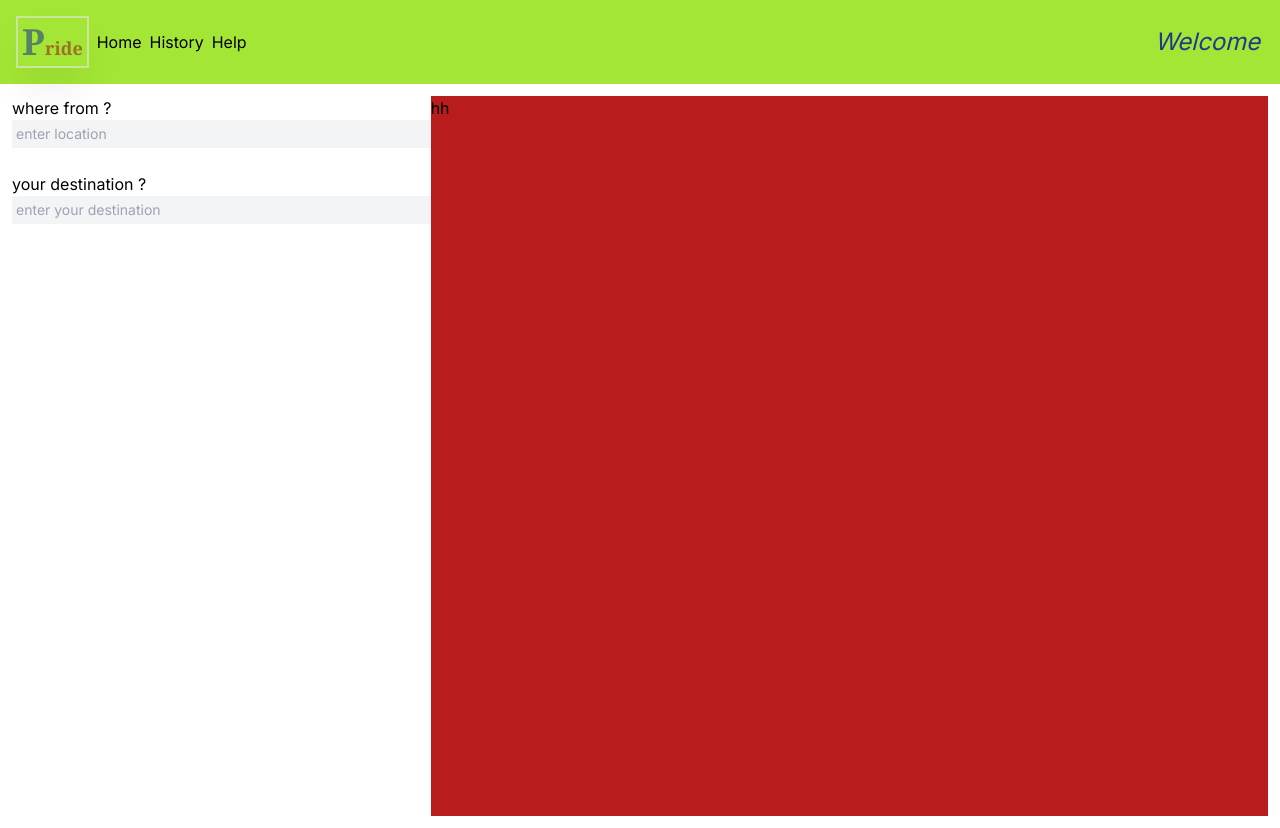
Repository: Semanmernstack/uber-mapbox
Page: /
An editor plug-in stored every save of this project. The page is shown before and after the next save, followed by the edit.
The browser window is 1280 px wide. The pictures show the whole page.
Pictures or frames that could not be fetched are drawn as grey boxes. The page's requests for data from a server got no answer. The project was rebuilt for these pictures with package versions that can differ from the ones it lists, and the page was loaded fresh each time. Some packages were replaced by stand-ins written for this rebuild. The framework's server and built-in components were replaced by stand-ins that run in the browser. No one was signed in, and anything a server would have sent is missing. Also part of the build but not shown: next.config.js.

Above is the page before, as saved 2023-08-16 07:05:12.

### app/layout.tsx
import './globals.css'
import type { Metadata } from 'next'
import { Inter } from 'next/font/google'
import Nav from './components/Nav'
import { ClerkProvider } from '@clerk/nextjs'

const inter = Inter({ subsets: ['latin'] })

export const metadata: Metadata = {
  title: 'Create Next App',
  description: 'Generated by create next app',
}

export default function RootLayout({
  children,
}: {
  children: React.ReactNode
}) {
  return (
    <ClerkProvider>
      <html lang="en">
        <body className={inter.className}> <Nav/>  {children}</body>
      </html>
    </ClerkProvider>
  )
}

### app/page.tsx
import Image from 'next/image'
import Booking from './components/Booking'
import Mapp from './components/Mapp'

export default function Home() {
  return (
    <main className="p-3 gap  ">
      <div className="grid grid-cols-1 md:grid-cols-3   ">
        <div className=" h-[80%]">
          <Booking/>

        </div>
        <div className=" bg-red-700 col-span-2 h-screen">
          <Mapp/>
        </div>
      </div>
    </main>
  )
}

### app/components/Nav.tsx
import { UserButton, currentUser } from '@clerk/nextjs'
import React from 'react'

async function Nav() {
    const user = await currentUser()
  return (
    <div className="flex items-center justify-between p-4 bg-lime-400">
        <div className="flex items-center gap-2">

            <h1 className="font-extrabold shadow-2xl border-gray-200 border-2 p-1 font-serif text-2xl md:text-3xl lg:text-4xl animate-pulse text-blue-900">P<span className="text-lg animate-none font-bold text-red-800">ride</span></h1>
            <h2>Home</h2>
            <h2>History</h2>
            <h2>Help</h2>

        </div>
        <div className="flex gap-1 items-center">
            <h1 className="text-2xl text-blue-900 italic">Welcome</h1>
            <h1 className='hidden md:inline-flex'>{user?.firstName}</h1>
            <UserButton/>
        </div>
    </div>
  )
}

export default Nav

### app/components/Booking.tsx
import React from 'react'
import BookingInput from './BookingInput'

function Booking() {
  return (
    <div className="">
        <BookingInput/>

    </div>
  )
}

export default Booking

### app/components/Mapp.tsx
"use client"


import React from 'react'
import Map from 'react-map-gl';
function Mapp() {
  return (
    <div>
      <h1>hh</h1>



    </div>
  )
}

export default Mapp

### app/components/BookingInput.tsx
"use client"

import React, { useEffect, useState } from 'react'

function BookingInput() {
    const [where, setWhere] = useState<any>()
    const [to, setTo] = useState<any>()
    const [lists, setLists] = useState<any>([])

    useEffect(() => {
        getAdress()

    }, [where, to])

    const getAdress = async () => {
        setLists([])
        const res = await fetch('api/search-map?q='+where, {
            headers:{
                "Content-Type": "application/json",
            }

        })
        const re = await res.json()
        setLists(re)

    }
  return (
    <div className="flex flex-col gap-6 relative">
        <div>
            <label> where from ?</label>
            <input type="text" placeholder='enter location'
                value={where}
                onChange={(e) => setWhere(e.target.value)}
                className="border-1 w-full text-sm outline-none bg-gray-100 focus:border-gray-700 p-1"
            />
            {lists?.suggestions?
                <div >
                    {lists?.suggestions.map((item:any, index:number) => (
                        <h2 className='text-sm cursor-pointer gap-1 shadow-2xl' onClick={() =>{ setWhere(item.full_address), setLists([])}}
                         >{item.full_address}</h2>
                    ))}
                </div> : null

            }


        </div>

        <div>
            <label> your destination ?</label>

            <input type="text" placeholder='enter your destination'
                value={to}
                onChange={(e) => setTo(e.target.value)}
                className="border-1 w-full text-sm outline-none bg-gray-100 focus:border-gray-700 p-1"
            />
            {lists?.suggestions?
                <div >
                    {lists?.suggestions.map((item:any, index:number) => (
                        <h2 className='text-sm cursor-pointer shadow-2xl' onClick={() =>{ setTo(item.full_address), setLists([])}}
                         >{item.full_address}</h2>
                    ))}
                </div> : null

            }

        </div>
    </div>
  )
}

export default BookingInput

### app/components/Cars.tsx
import React from 'react'
import CarsLi from './CarsLi'
import Image from 'next/image'

function Cars() {
    const data = [
        {
          id: 1,

          value: "regular",
          pics: "https://cdn.pixabay.com/photo/2016/04/01/12/16/car-1300629_1280.png",
        },

        {
          id: 2,

          value: "vip",
          pics: "https://cdn.pixabay.com/photo/2017/03/27/14/56/auto-2179220_640.jpg",
        },

        {
          id: 3,

          value: "vvip",
          pics: "https://cdn.pixabay.com/photo/2014/09/07/22/34/car-race-438467_640.jpg",
        },

        {
          id: 4,
          value: "classic",
          pics: "https://cdn.pixabay.com/photo/2013/07/13/11/44/car-158548_640.png",
        },
      ]

  return (
    <div>
        {data?.map((d, index) => (
            <div key={index}>
                <Image
                    src={d.pics}
                    alt="pic"
                    height={50}
                    width={50}
                    className="object-contain "
                />
                <h2>{d.value}</h2>





            </div>


        ))}

    </div>
  )
}

export default Cars

Loaded but not shown: app/globals.css (common file); tailwind.config.ts (common file)

After the next save:
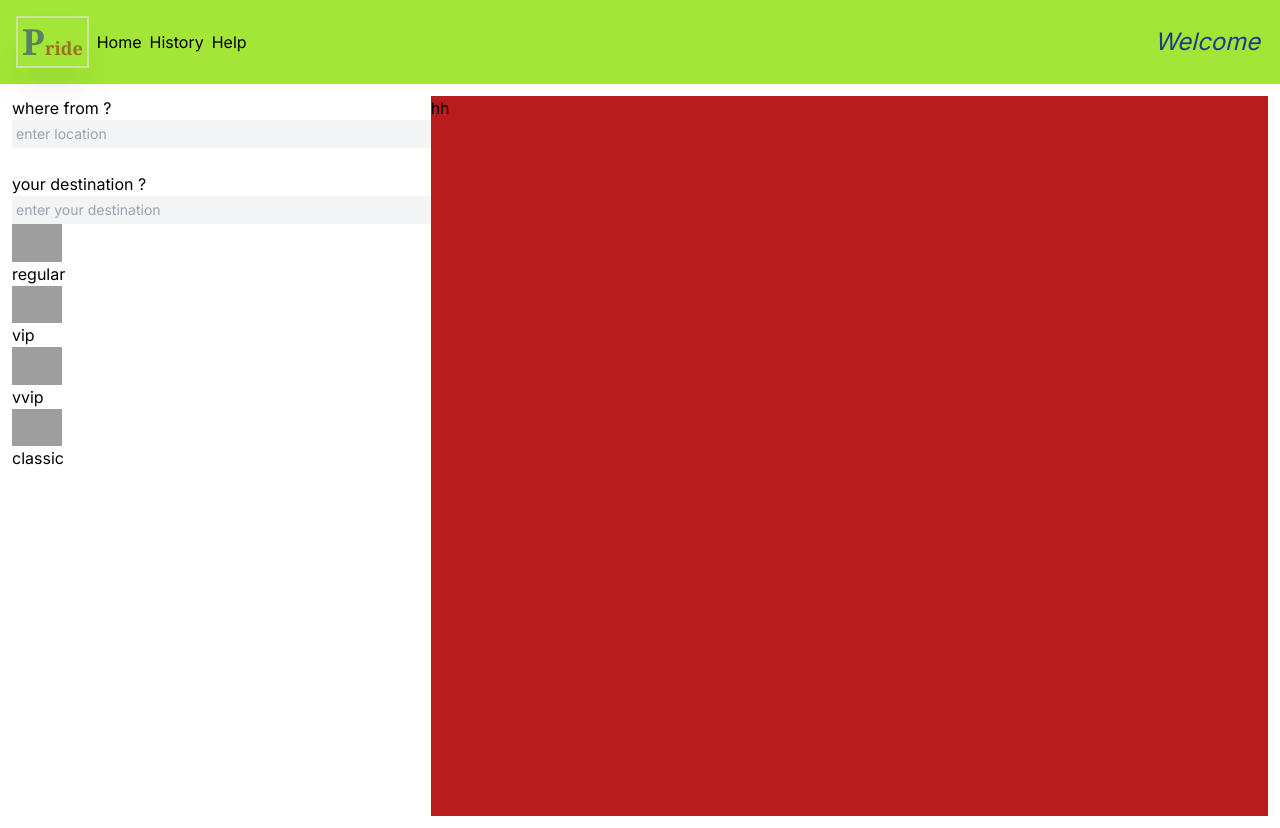
Saved 71 s later.
--- a/app/page.tsx
+++ b/app/page.tsx
@@ -1,6 +1,7 @@
 import Image from 'next/image'
 import Booking from './components/Booking'
 import Mapp from './components/Mapp'
+import Cars from './components/Cars'
 
 export default function Home() {
   return (
@@ -8,6 +9,7 @@
       <div className="grid grid-cols-1 md:grid-cols-3   ">
         <div className=" h-[80%]">
           <Booking/>
+          <Cars/>
 
         </div>
         <div className=" bg-red-700 col-span-2 h-screen">
